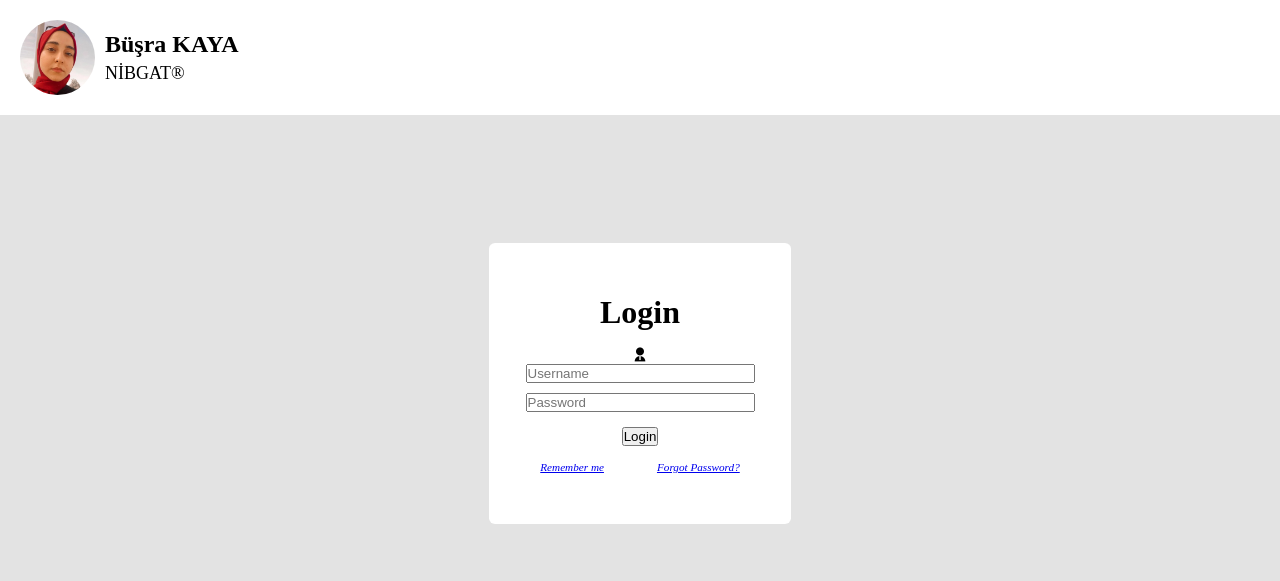
Repository: busra-kayaa/LoginPage
Page: login.html
The author's editor kept a copy of each file at every save. The page is drawn from the files as they stood at one save, then again after the next save.
The browser window is 1280 px wide. The pictures show the whole page.

Above is the page before, as saved 2024-01-05 08:50:11.

After the next save:
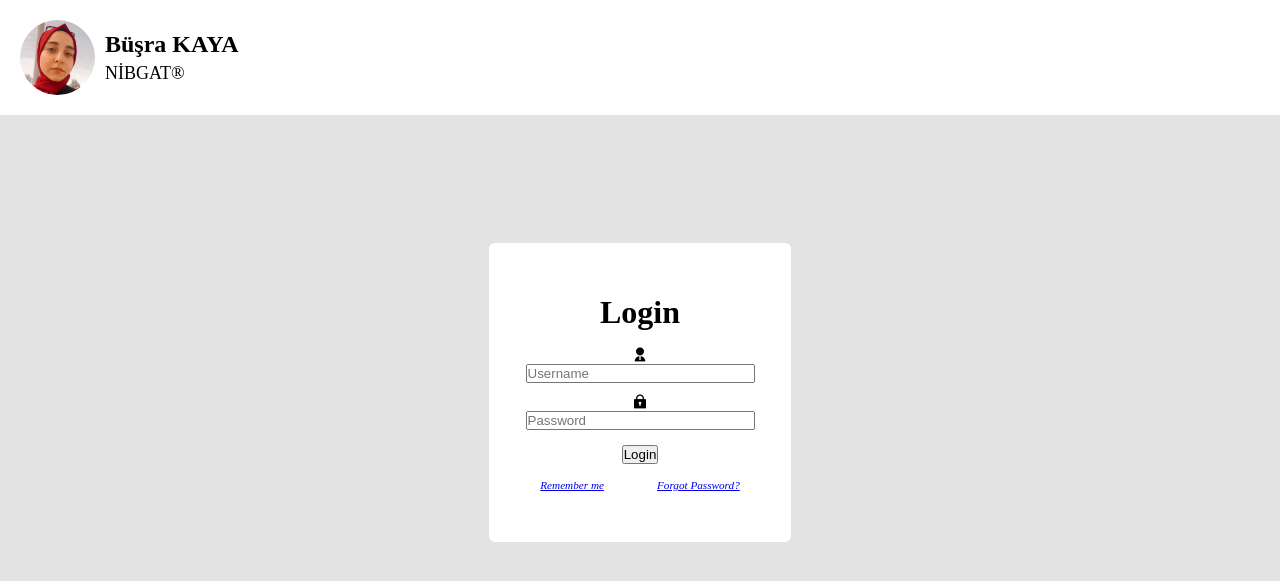
Saved 23 s later.
--- a/login.html
+++ b/login.html
@@ -39,7 +39,7 @@
                 />
             </div>
             <div class="input-group2">
-                <i class="fa fa-unclok-alt"></i>
+                <i class="ri-lock-2-fill"></i>
                 <input
                     type="password"
                     placeholder="Password"
